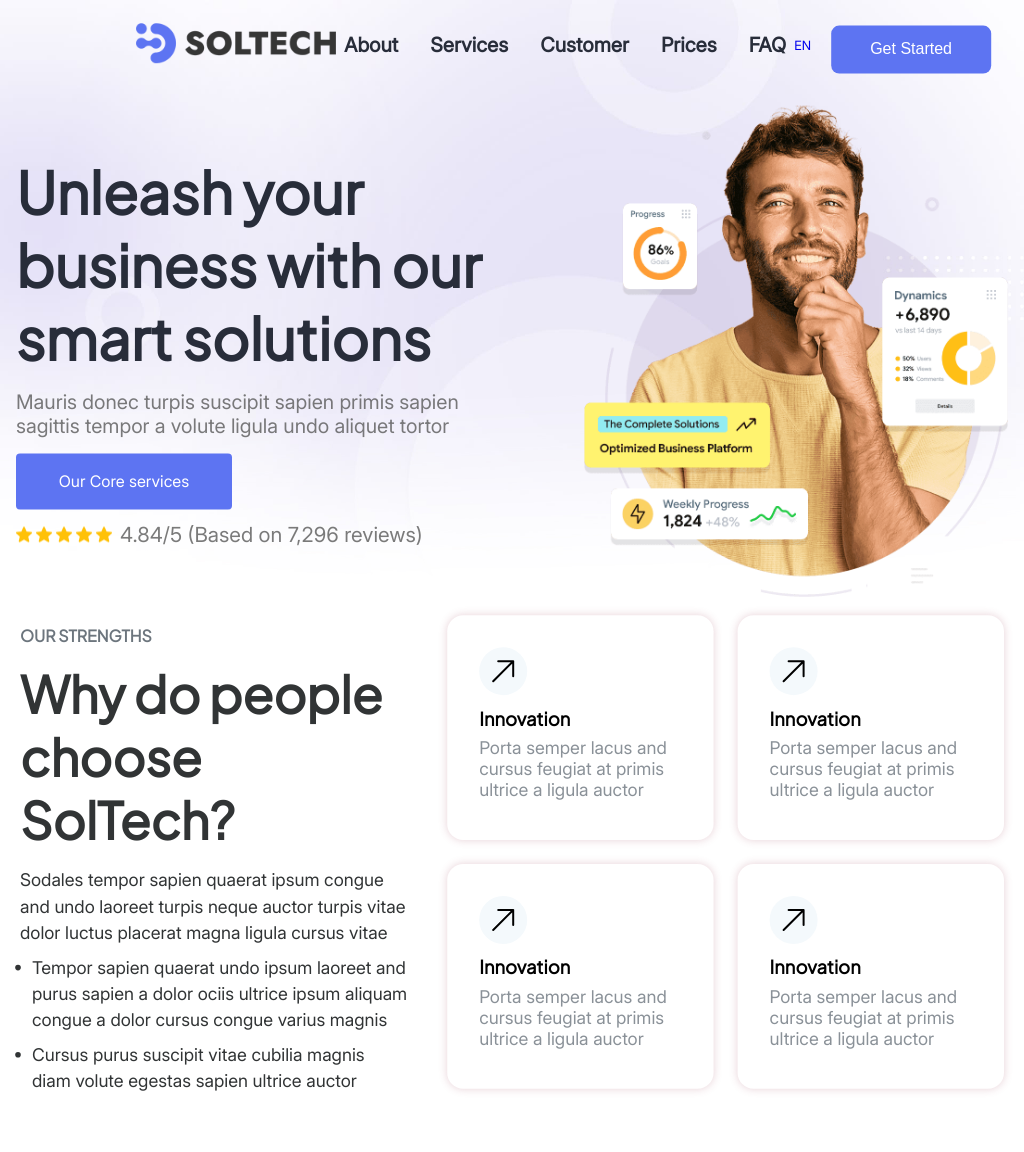
Repository: md-rabbi-hossain/Soltech-html
Page: index.html
These files come from the project's save history. The page is drawn as it stood at one moment and after the next save; the edit follows.
The browser window is 1280 px wide. The pictures show the whole page, at 80% of full size.

Above is the page before, as saved 2025-01-10 02:40:32.

After the next save:
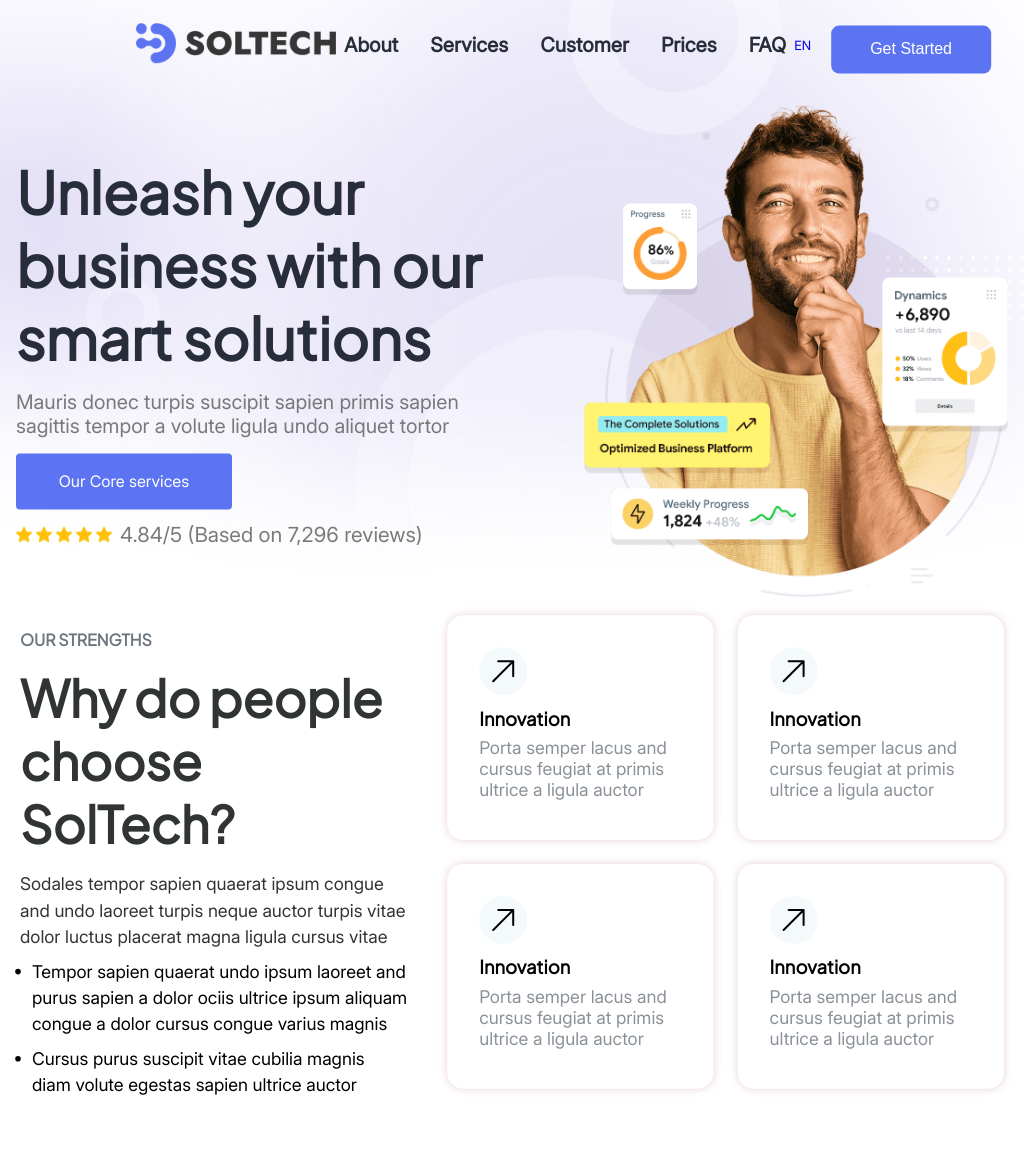
Saved 16 s later.
--- a/Css/style.css
+++ b/Css/style.css
@@ -256,8 +256,6 @@ section.main-container.cta-section {
   color: rgb(49, 52, 53);
 }
 .introduction-text .inner ul {
-  margin-bottom: 10px;
-  color: rgb(49, 52, 53);
 }
 .introduction-text .inner ul li {
   list-style: initial;
